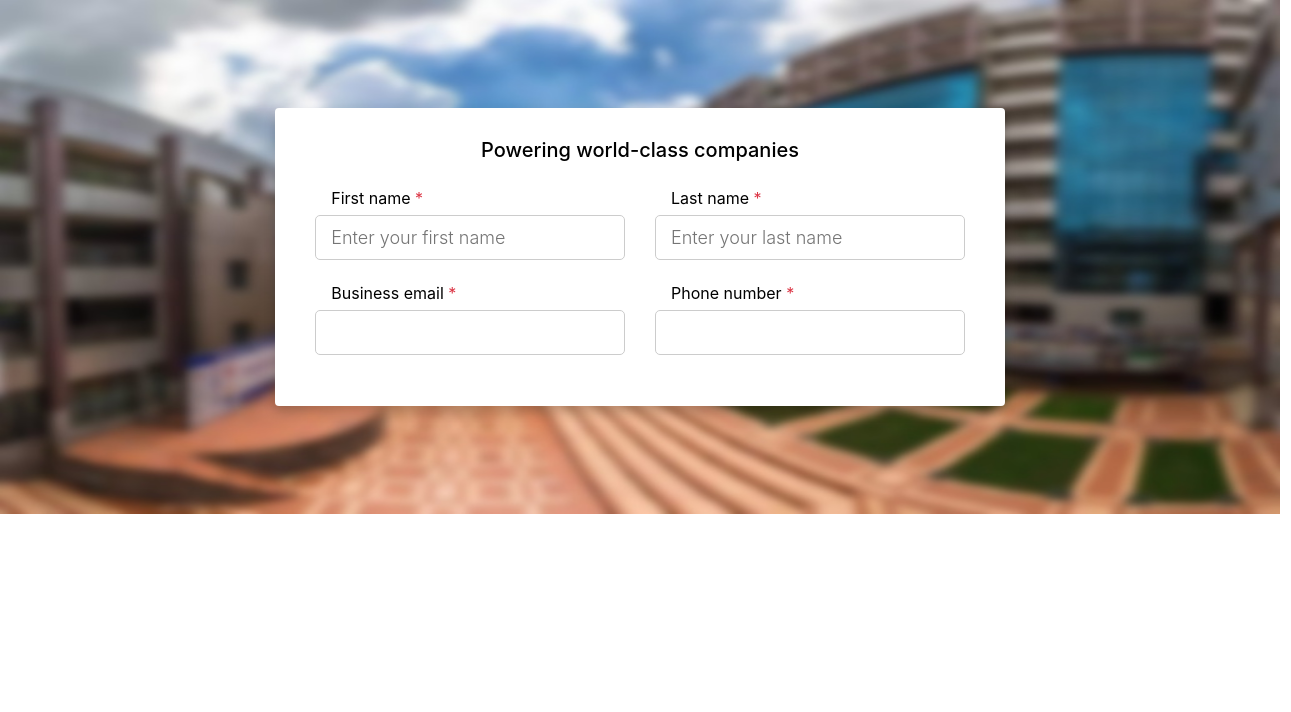
Repository: injamam00155/IUB_Alumni_Bridge
Page: Frontend/forgotPassword.html
The author's editor kept a copy of each file at every save. The page is drawn from the files as they stood at one save, then again after the next save.
The browser window is 1280 px wide. The page is 1291 px wide, so the pictures cover 1291 px, including what lies to the right of the window. The pictures show the whole page.

Above is the page before, as saved 2023-04-03 00:33:22.

After the next save:
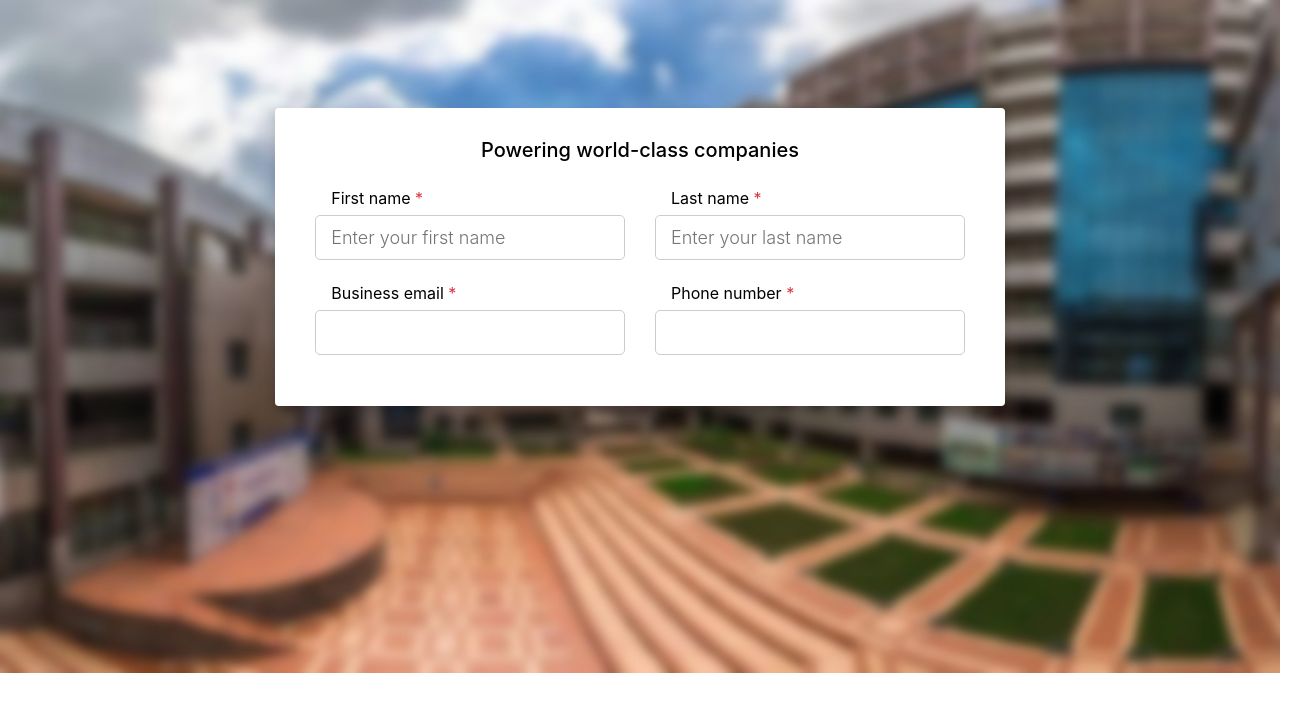
Saved 21 s later.
--- a/Frontend/forgotPassword.css
+++ b/Frontend/forgotPassword.css
@@ -4,7 +4,7 @@
     height: 100%;
     background-image: url("/Frontend/img/loginBackgroundImage.jpg");
     background-repeat: no-repeat;
-    background-size: 100% 100%
+    background-size: cover;
 }
 
 .card{
